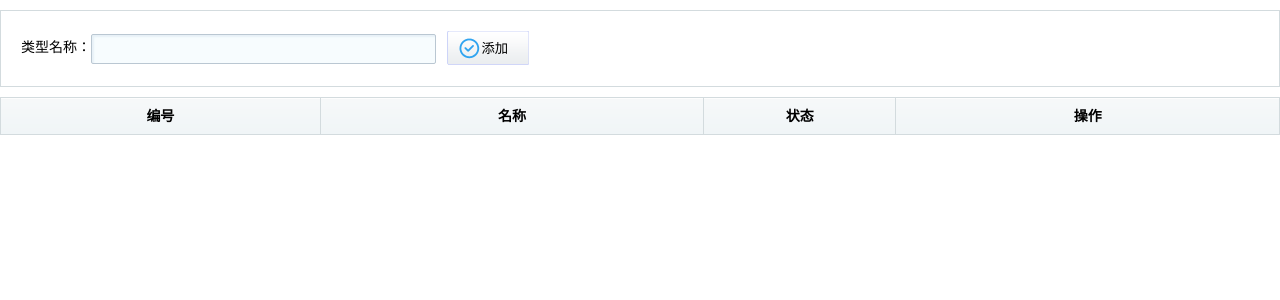
Repository: mstxq17/Snack
Page: workspace/snack/WebContent/back/manager/type.html
The author's editor kept a copy of each file at every save. The page is drawn from the files as they stood at one save, then again after the next save.
The browser window is 1280 px wide. The pictures show the whole page.
The page's requests for data from a server got no answer.

Above is the page before, as saved 2020-06-23 08:28:30.

After the next save:
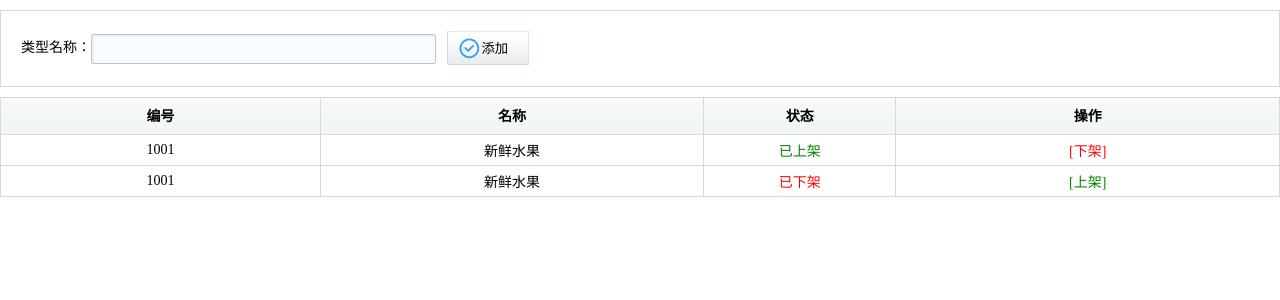
Saved 9 min 48 s later.
--- a/workspace/snack/WebContent/back/manager/type.html
+++ b/workspace/snack/WebContent/back/manager/type.html
@@ -8,91 +8,49 @@
 <link rel="stylesheet" href="../css/main.css">
 <script type="text/javascript" src="../js/jquery.min.js"></script>
 <script type="text/javascript">
-	function addGoodsType(){
-		var tname = $.trim($("#tname").val());
-		if (tname == ""){
-			alert("请输入要添加商品类型名称...");
-		}
-
-		$.post("../../type", {op:"add", tname: tname}, result =>{
-			result = parseInt( $.trim(result));
-			if (result == -1){
-				alert("商品类型不能为空");
-			}else if (result > 0) {
-				alert("商品类型添加成功...");
-				showType(); //重新查询数据
-				$("tanme").val("");
-			}else{
-				alert("商品类型添加失败， 请稍后重试...");
-			}
-		}, "text")
-	}
-
-
-	function showType(){
-		$.post("../../type", {op:"finds"}, result => {
-			var str = "";
-			$.each(result, function(index, item){
-				str += "<tr><td>" + item.tid + "</td><td>"+ item.tname +"</td>"
-
-				if (item.status == 0){ //说明已经下架
-					str += 	'<td class="red">已下架</td><td><a href="javascript:updateStatus('+ item.tid +', 1)" class="green">[上架]</a></td></tr>';
-				}else{
-					str += 	'<td class="green">已上架</td><td><a href="javascript:updateStatus('+ item.tid +', 0)" class="red">[下架]</a></td></tr>';
-				}
-			});
-			$("#goodstype_info").html("").append($(str));
-		}, "json");
-	};
-
-	$(function(){ //页面加载时执行
-		showType();
-	});
-
-	function updateStatus(tid, status){
-		$.post("../../type", {op:"update", tid: tid, status:status}, result =>{
-			result = parseInt( $.trim(result) );
-			if (result > 0 ){
-				showType();
-			}else{
-				alert("商品类型添加失败，请稍后重试...");
-			}
-		}, "text");
-	}
 
 </script>
 </head>
 <body>
-	<div id="forms" class="mt10">
-		<div class="box">
-			<div class="box_border">
-				<div class="box_center">
-					<form id="myform">
-						类型名称：<input type="text" id="tname" class="input-text lh30"
-							size="40" />&nbsp;&nbsp; <input type="button" name="button"
-							class="btn btn82 btn_save2" onclick="addGoodsType()" value="添加" />&nbsp;&nbsp;
-					</form>
-				</div>
+<div id="forms" class="mt10">
+	<div class="box">
+		<div class="box_border">
+			<div class="box_center">
+				<form id="myform">
+				类型名称：<input type="text" id="tname" class="input-text lh30" size="40"/>&nbsp;&nbsp;
+				<input type="button" name="button" class="btn btn82 btn_save2" onclick="addGoodsType()" value="添加"/>&nbsp;&nbsp;
+				</form>
 			</div>
 		</div>
 	</div>
-	<div id="table" class="mt10">
-		<div class="box span10 oh">
-			<table width="100%" border="0" cellpadding="0" cellspacing="0"
-				class="list_table">
-				<thead>
-					<tr>
-						<th width="25%">编号</th>
-						<th width="30%">名称</th>
-						<th width="15%">状态</th>
-						<th>操作</th>
-					</tr>
-				</thead>
-				<tbody id="goodstype_info" align="center">
-
-				</tbody>
-			</table>
-		</div>
+</div>
+<div id="table" class="mt10">
+	<div class="box span10 oh">
+		<table width="100%" border="0" cellpadding="0" cellspacing="0" class="list_table">
+			<thead>
+				<tr>
+                   	<th width="25%">编号</th>
+					<th width="30%">名称</th>
+                   	<th width="15%">状态</th>
+                   	<th>操作</th>
+                </tr>
+             </thead>
+             <tbody id="goodstype_info" align="center">
+				<tr>
+					<td>1001</td>
+					<td>新鲜水果</td>
+					<td class="green">已上架</td>
+					<td><a href="" class="red">[下架]</a></td>
+				</tr>
+				<tr>
+					<td>1001</td>
+					<td>新鲜水果</td>
+					<td class="red">已下架</td>
+					<td><a href="" class="green">[上架]</a></td>
+				</tr>
+             </tbody>
+		</table>
 	</div>
+</div>
 </body>
 </html>
